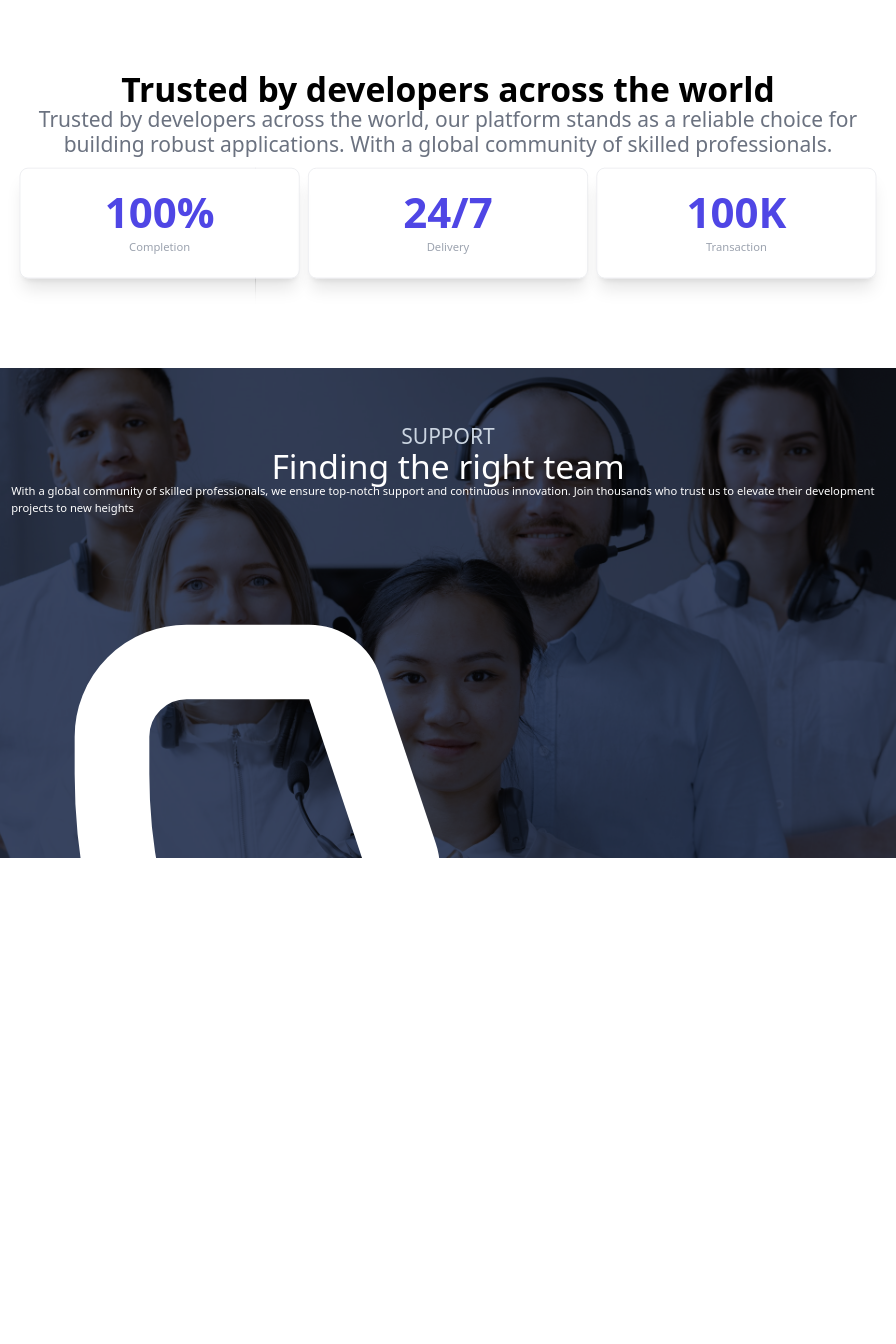
Repository: adrcstro/react-project-2
Page: /
The author's editor kept a copy of each file at every save. The page is drawn from the files as they stood at one save, then again after the next save.
The browser window is 1280 px wide. The pictures show the part of the page from y = 744 to 2664 px (the page is 4186 px tall before and 4218 px after), at 70% of full size.
The project was rebuilt for these pictures with package versions that can differ from the ones it lists, and the page was loaded fresh each time.

Above is the page before, as saved 2024-08-15 20:27:07.

### src/index.js
import React from 'react';
import ReactDOM from 'react-dom/client';
import './index.css';
import App from './App';

const root = ReactDOM.createRoot(document.getElementById('root'));
root.render(

    <App />

);

### src/index.css
@tailwind base;
@tailwind components;
@tailwind utilities;

@layer base{
    li{
       @apply p-4
    }
    button{
        @apply text-white border bg-indigo-600 border-indigo-600
        hover:bg-transparent hover:text-indigo-600 rounded-md
    }
}

### src/App.js
import About from "./components/About";
import Hero from "./components/Hero";
import Navbar from "./components/Navbar";
import Support from "./components/Support";



function App() {
  return (
    <>
<Navbar/>
<Hero/>
<About />
<Support />
    </>

  );
}

export default App;

### src/components/About.jsx
import React from 'react'

function About() {
  return (
    <div className='w-full my-32'>
        <div className='max-w-[1240px] mx-auto'>
          <div className='text-center'>
            <h2 className='text-5xl font-bold'>Trusted by developers across the world</h2>
            <p className='text-3xl py6 text-gray-500 px-3'>Trusted by developers across the world, our platform stands as a reliable choice for building robust
             applications. With a global community of skilled professionals.</p>
          </div>

          <div className='grid md:grid-cols-3 gap-3 px-2 text-center mt-4'>
             <div className='border py-8 rounded-xl shadow-xl'>
              <p className='text-6xl font-bold text-indigo-600'>100%</p>
              <p className='text-gray-400 mt-2'>Completion</p>
             </div>
             <div className='border py-8 rounded-xl shadow-xl'>
              <p className='text-6xl font-bold text-indigo-600'>24/7</p>
              <p className='text-gray-400 mt-2'>Delivery</p>
             </div>
             <div className='border py-8 rounded-xl shadow-xl'>
              <p className='text-6xl font-bold text-indigo-600'>100K</p>
              <p  className='text-gray-400 mt-2'>Transaction</p>
             </div>
          </div>
        </div>
    </div>
  )
}

export default About

### src/components/Hero.jsx
import React from 'react'
import {
  CloudUploadIcon,
  DatabaseIcon,
  PaperAirplaneIcon,
  ServerIcon,
} from '@heroicons/react/solid'

import bgImg from '../assets/cyber-bg.png'

function Hero() {
  return (
    <div className='w-full h-screen bg-zinc-200 flex flex-col justify-between'>
<div className='grid md:grid-cols-2 max-w-[1240px] m-auto'>
       <div className='flex flex-col justify-center md:items-start w-full px-2 py-8'>
        <p className='text-2xl'>Unique Sequencing & Production</p>
        <h1 className='py-3 text-5xl md:text-7xl font-bold'>Cloud Management</h1>
        <p className='text-2xl'>This is our Tech brand</p>
        <button className='py-3 px-6 sm:w-[60%] my-4 '>Get Started</button>
       </div>
       <div>
    <img className='w-full' src={bgImg} alt='/' />
       </div>
<div className='absolute flex flex-col py-8 md:min-w-[760px] bottom-[5%] mx-1 md:left-1/2
transform md:-translate-x-1/2 bg-zinc-200 border border-slate-300 rounded-xl text-center shadow-xl'>
  <p>Data Services</p>
  <div className='flex justify-between flex-wrap px-4'>
    <p className='flex px-4 py-2 text-slate-500'><CloudUploadIcon className='h-6 text-indigo-600' /> App Security</p>
    <p className='flex px-4 py-2 text-slate-500'><DatabaseIcon className='h-6 text-indigo-600' /> Dashboard</p>
    <p className='flex px-4 py-2 text-slate-500'><PaperAirplaneIcon className='h-6 text-indigo-600' /> Cloud Data</p>
    <p className='flex px-4 py-2 text-slate-500'><ServerIcon className='h-6 text-indigo-600' /> API</p>
  </div>
</div>
</div>
    </div>
  )
}

export default Hero

### src/components/Navbar.jsx
import React ,{useState} from 'react'
import {MenuIcon, XIcon} from '@heroicons/react/outline'

function Navbar() {

const [nav, setNav] = useState(false)
const handleClick = () => setNav(!nav)



  return (
    <div className='w-screen h-[80px] z-10 bg-zinc-200 fixed drop-shadow-lg'>
    <div className='px-2 flex justify-between items-center  w-full h-full'>
<div className='flex items-center'>
  <h1 className='text-3xl font-bold mr-4 sm:text-4xl'>BRANS.</h1>
  <ul className='hidden  md:flex'>
<li>Home</li>
<li>About</li>
<li>Support</li>
<li>Platforms</li>
<li>Pricing</li>
  </ul>
</div>
<div className='hidden md:flex pr-4'>
  <button className='border-none bg-transparent text-black mr-4'>Sign In</button>
  <button className='px-8 py-3'>Sign Up</button>
</div>

    <div  className='md:hidden' onClick={handleClick}>
    {!nav ? <MenuIcon className="w-5"/> : <XIcon className='w-5'/>}

    </div>
    </div>
<ul className={!nav ? 'hidden' : 'absolute bg-zinc-200 w-full px-8'}>
<li className='border-b-2 border-zinc-300 w-full'>Home</li>
<li className='border-b-2 border-zinc-300 w-full'>About</li>
<li className='border-b-2 border-zinc-300 w-full'>Support</li>
<li className='border-b-2 border-zinc-300 w-full'>Platforms</li>
<li className='border-b-2 border-zinc-300 w-full'>Pricing</li>
<div className='flex flex-col my-4'>
<button className='bg-transparent  text-indigo-600 px-8 py-3 mb-4'>Sign In</button>
<button className='px-8 py-3'>Sign Up</button>
</div>
</ul>

    </div>

  )
}

export default Navbar

### src/components/Support.jsx
import React from 'react'
import {PhoneIcon, ArrowSmRightIcon} from '@heroicons/react/outline';
import {ChipIcon, SupportIcon} from '@heroicons/react/solid'

import supportImg from '../assets/support.jpg'
function Support() {
  return (
    <div className='w-full h-screen mt-24'>
        <div className='w-full h-[700px] bg-gray-900/90 absolute'>
            <img className='w-full h-full object-cover mix-blend-overlay' src={supportImg} alt='/' />
        </div>
        <div className='w-max-w-[1240px] mx-auto text-white relative'>
            <div className='px-4 py-12'>
                <h2 className='text-3xl pt-8 text-slate-300 uppercase text-center'>Support</h2>
                <h3 className='text-5xl font-boldpy-6 text-center'>Finding the right team</h3>
                <p>With a global community of skilled professionals, we ensure top-notch support and continuous innovation. Join thousands
                 who trust us to elevate their development projects to new heights</p>
            </div>

            <div>
                 <div>
                    <PhoneIcon/>
                    <h3>Sales</h3>
                    <p>With a global community of skilled professionals, we ensure top-notch support and continuous innovation. Join thousands who trust us to elevate their development projects to new heights</p>
                 </div>
                 <div>
                    <p>Contact Us <ArrowSmRightIcon/> </p>
                 </div>
            </div>
        </div>
    </div>
  )
}

export default Support

Loaded but not shown: public/index.html (common file); tailwind.config.js (common file)

After the next save:
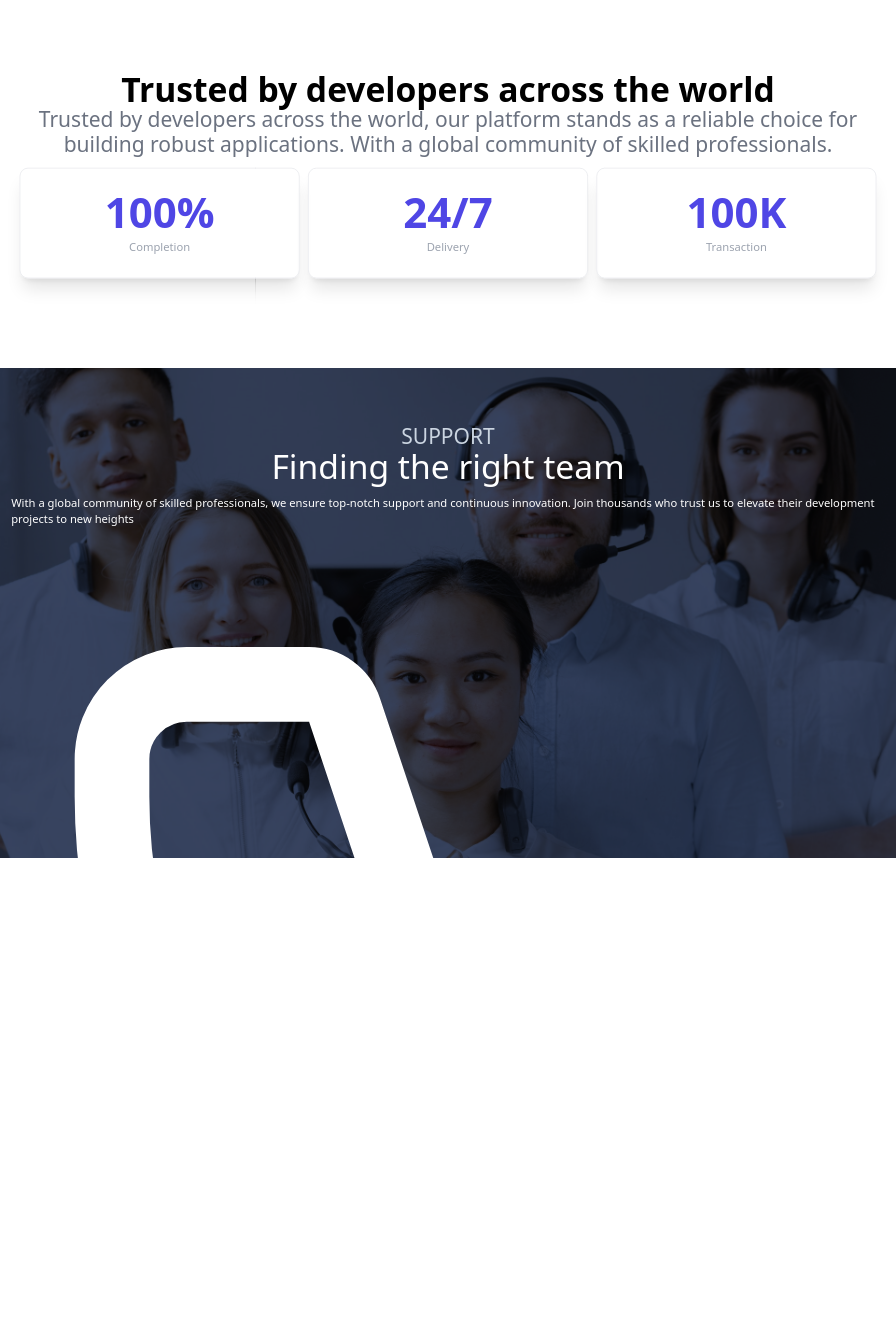
Saved 11 s later.
--- a/src/components/Support.jsx
+++ b/src/components/Support.jsx
@@ -13,7 +13,7 @@ function Support() {
             <div className='px-4 py-12'>
                 <h2 className='text-3xl pt-8 text-slate-300 uppercase text-center'>Support</h2>
                 <h3 className='text-5xl font-boldpy-6 text-center'>Finding the right team</h3>
-                <p>With a global community of skilled professionals, we ensure top-notch support and continuous innovation. Join thousands
+                <p className='py-4'>With a global community of skilled professionals, we ensure top-notch support and continuous innovation. Join thousands
                  who trust us to elevate their development projects to new heights</p>
             </div>
 
